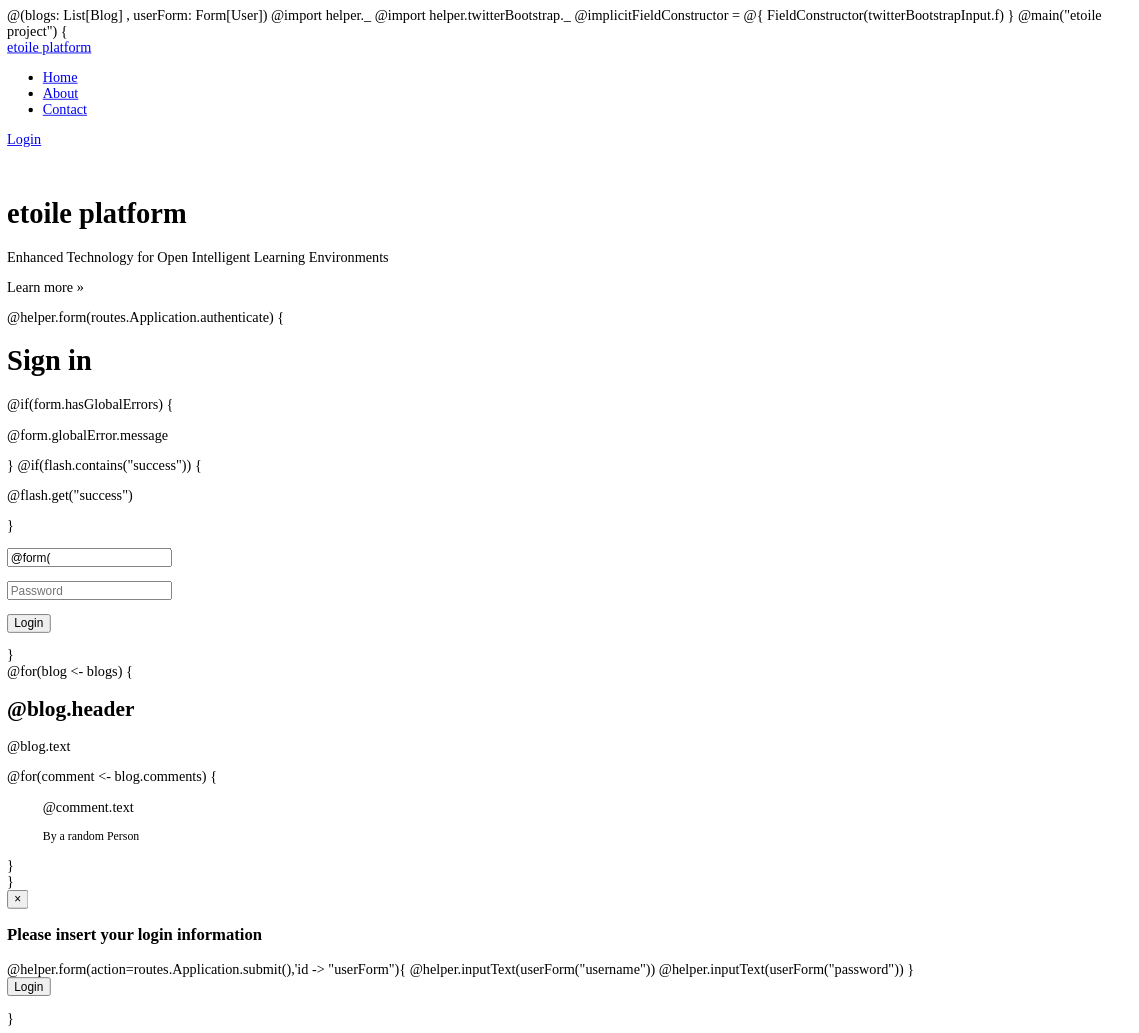
Repository: lopesdasilva/etoile
Page: etoile-play/.target/views/index.scala.html
The author's editor kept a copy of each file at every save. The page is drawn from the files as they stood at one save, then again after the next save.
The browser window is 1280 px wide. The pictures show the whole page, at 89% of full size.

Above is the page before, as saved 2012-10-23 10:53:21.

### etoile-play/.target/views/index.scala.html
@(blogs: List[Blog] , userForm: Form[User])

@import helper._
@import helper.twitterBootstrap._
@implicitFieldConstructor = @{ FieldConstructor(twitterBootstrapInput.f) }
@main("etoile project") {

<div class="navbar navbar-inverse navbar-fixed-top">
      <div class="navbar-inner">
        <div class="container">
          <a class="btn btn-navbar" data-toggle="collapse" data-target=".nav-collapse">
            <span class="icon-bar"></span>
            <span class="icon-bar"></span>
            <span class="icon-bar"></span>
          </a>
          <a class="brand" href="#">etoile platform</a>
          <div class="nav-collapse collapse">
            <ul class="nav">
              <li class="active"><a href="#">Home</a></li>
              <li><a href="#about">About</a></li>
              <li><a href="#contact">Contact</a></li>
            </ul>
            <form class="navbar-form pull-right">
             <a href="#loginModal" role="button" class="btn btn-primary" data-toggle="modal">Login</a>



            </form>
          </div><!--/.nav-collapse -->
        </div>
      </div>
    </div>


 <br>
<div class="hero-unit">
	<h1>etoile platform</h1>
	<p>Enhanced Technology for Open Intelligent Learning Environments</p>
	 <p><a class="btn btn-primary btn-large">Learn more &raquo;</a></p>
</div>

 @helper.form(routes.Application.authenticate) {

            <h1>Sign in</h1>

            @if(form.hasGlobalErrors) {
                <p class="error">
                    @form.globalError.message
                </p>
            }

            @if(flash.contains("success")) {
                <p class="success">
                    @flash.get("success")
                </p>
            }

            <p>
                <input type="email" name="email" placeholder="Email" value="@form("email").value">
            </p>
            <p>
                <input type="password" name="password" placeholder="Password">
            </p>
            <p>
                <button type="submit">Login</button>
            </p>

        }

<!-- Example row of columns -->
<div class="row" >
	@for(blog <- blogs) {
	<div class="span12">
		<h2>@blog.header</h2>
		<p>@blog.text</p>
		@for(comment <- blog.comments) {
		<blockquote>
			<p>@comment.text</p>
			<small>By a random Person</small>
		</blockquote>
		}
	</div>
	}
</div>

<form>
<div id="loginModal" class="modal hide fade" tabindex="-1" role="dialog" aria-labelledby="myModalLabel" aria-hidden="true">
  <div class="modal-header">
    <button type="button" class="close" data-dismiss="modal" aria-hidden="true">&times;</button>
    <h3 id="myModalLabel">Please insert your login information</h3>
  </div>
  <div class="modal-body">
   @helper.form(action=routes.Application.submit(),'id -> "userForm"){
			              	@helper.inputText(userForm("username"))
			              	            	@helper.inputText(userForm("password"))
			              	            	}
  </div>
  <div class="modal-footer">
    <button class="btn btn-primary" formaction="signup" formmethod="post">Login</button>
  </div>
</div>
</form>

}

After the next save:
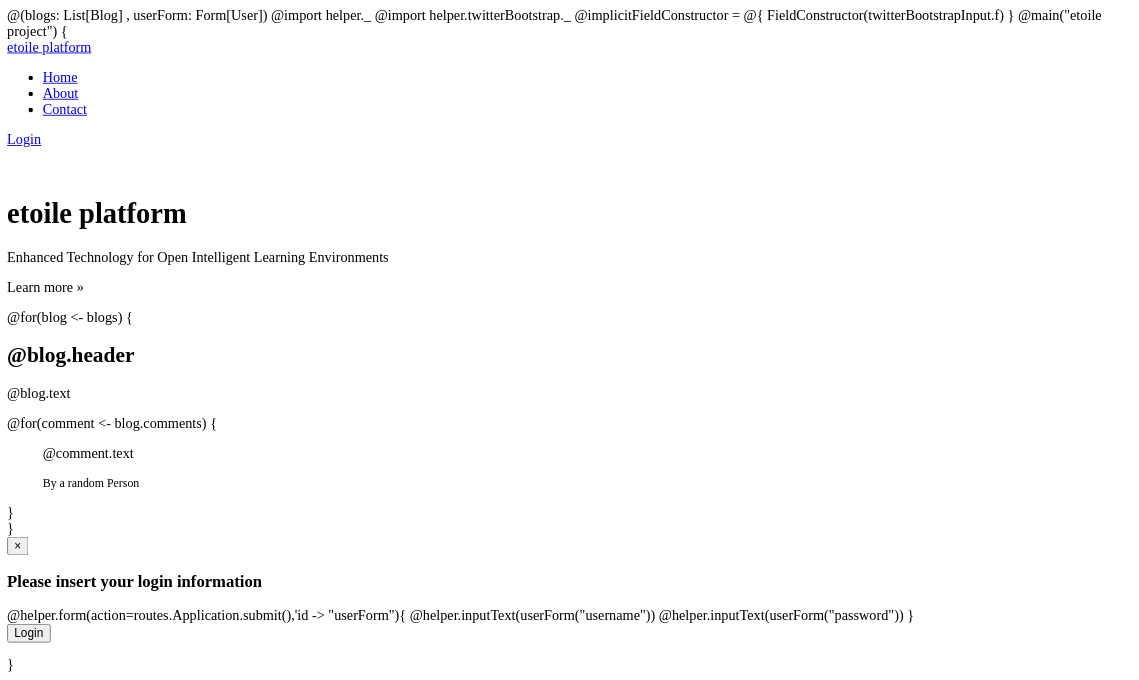
Saved 7 s later.
--- a/etoile-play/.target/views/index.scala.html
+++ b/etoile-play/.target/views/index.scala.html
@@ -39,33 +39,6 @@
 	 <p><a class="btn btn-primary btn-large">Learn more &raquo;</a></p>
 </div>
 
- @helper.form(routes.Application.authenticate) {
-
-            <h1>Sign in</h1>
-
-            @if(form.hasGlobalErrors) {
-                <p class="error">
-                    @form.globalError.message
-                </p>
-            }
-
-            @if(flash.contains("success")) {
-                <p class="success">
-                    @flash.get("success")
-                </p>
-            }
-
-            <p>
-                <input type="email" name="email" placeholder="Email" value="@form("email").value">
-            </p>
-            <p>
-                <input type="password" name="password" placeholder="Password">
-            </p>
-            <p>
-                <button type="submit">Login</button>
-            </p>
-
-        }
 
 <!-- Example row of columns -->
 <div class="row" >
